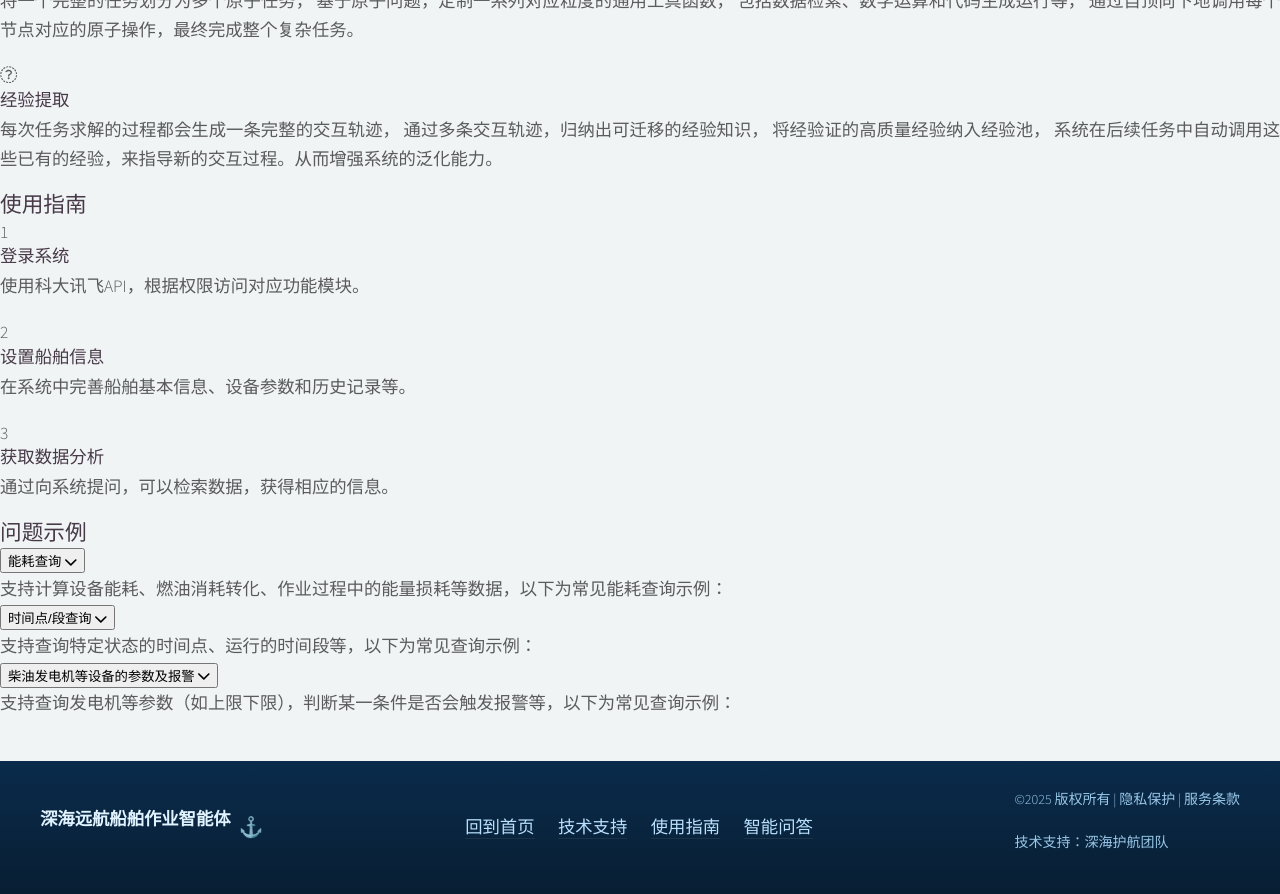
Repository: ShiCheng0104/AIC
Page: QingJing-agent/前端/深海远航船舶作业智能体/About.html
An editor plug-in stored every save of this project. The page is shown before and after a run of saves, followed by the edit.
The browser window is 1280 px wide. The pictures show the part of the page from y = 588 to 1540 px (the page is 1482 px tall before and 1540 px after).
Backgrounds fixed to the window are drawn as part of the page.

Above is the page before, as saved 2025-07-03 14:44:26.

After the next 2 saves:
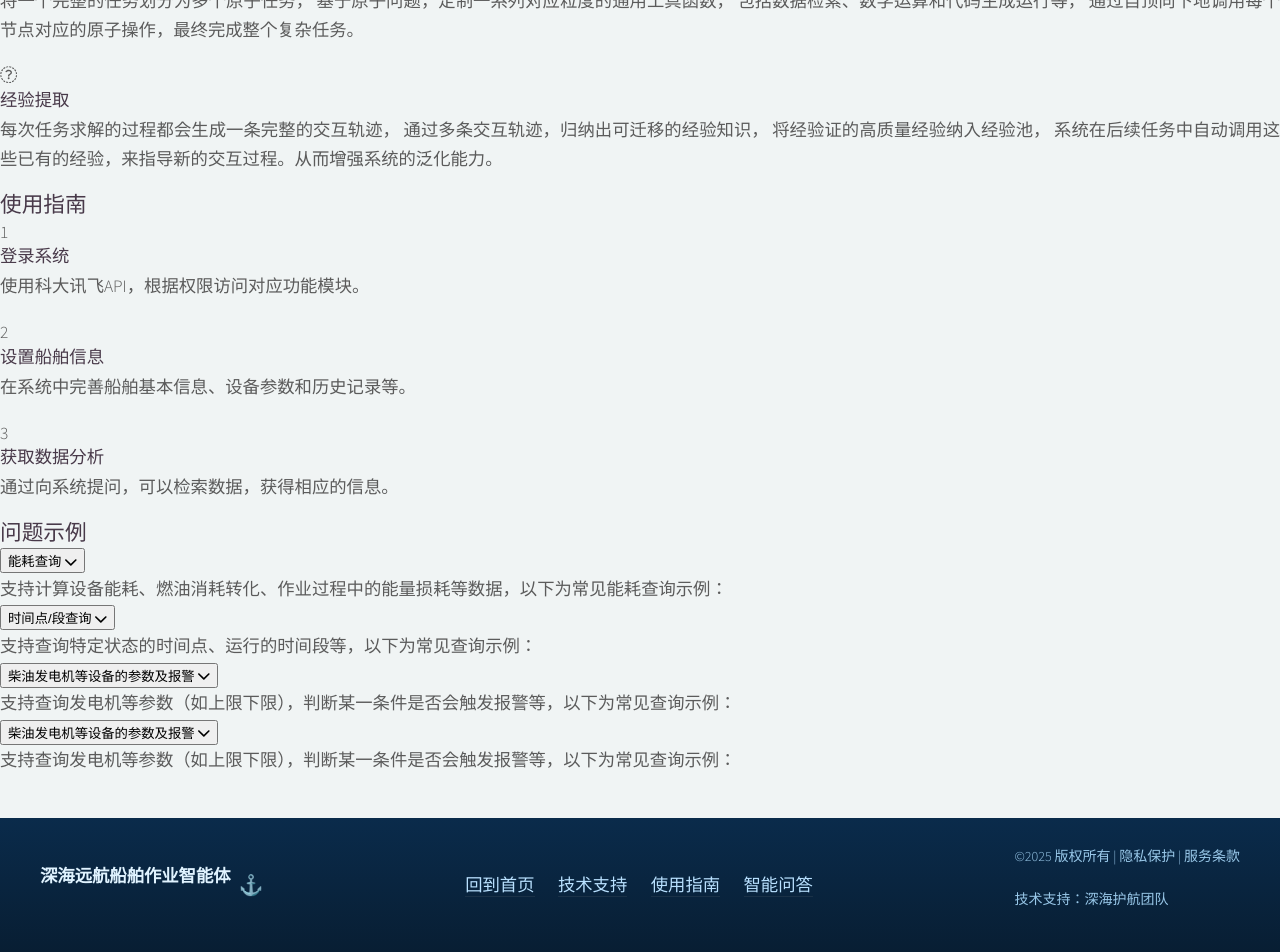
The 2 saves are shown as one change because they came seconds apart.
The last was saved 13 s later.
--- a/QingJing-agent/前端/深海远航船舶作业智能体/About.html
+++ b/QingJing-agent/前端/深海远航船舶作业智能体/About.html
@@ -293,6 +293,40 @@
 						</div>
 					</div>
 
+					<!-- FAQ3 -->
+					<div class="border border-neutralDark rounded-lg overflow-hidden max-w-xl mx-auto my-8">
+						<!-- 按钮 -->
+						<button
+							class="w-full px-6 py-4 text-left font-medium text-dark flex justify-between items-center hover:bg-gray-50 transition-colors"
+							onclick="toggleContent(this)">
+							<span>柴油发电机等设备的参数及报警</span>
+							<i class="fa fa-chevron-down text-gray-400 transition-transform"></i>
+						</button>
+
+						<!-- 新增：固定显示的描述文字（在按钮下方，始终可见） -->
+						<div class="px-6 py-3 bg-gray-50 border-t border-neutralDark text-sm text-gray-500">
+							支持查询发电机等参数（如上限下限），判断某一条件是否会触发报警等，以下为常见查询示例：
+						</div>
+
+						<!-- 隐藏的多条示例内容（点击按钮才显示） -->
+						<div class="px-6 py-4 bg-gray-50 border-t border-neutralDark hidden" id="contentList2">
+							<div class="mb-4">
+								<p class="text-gray-600">
+									示例 1：一号柴油发电机组冷却液温度的上下限分别是多少（需要带单位，以整数输出，逗号隔开）？
+								</p>
+							</div>
+							<div class="mb-4">
+								<p class="text-gray-600">
+									示例 2：假设某一时刻应急发电机组的滑油温度为 100℃，是否会触发报警？（Y：是；N：否。请回答 Y 或 N）
+								</p>
+							</div>
+							<div>
+								<p class="text-gray-600">
+									示例 3：假设某一时刻应急发电机组转速为 1800RPM，是否触发报警？（Y：是；N：否。请回答 Y 或 N）
+								</p>
+							</div>
+						</div>
+					</div>
 
 					<script>
 						function toggleContent(button) {
